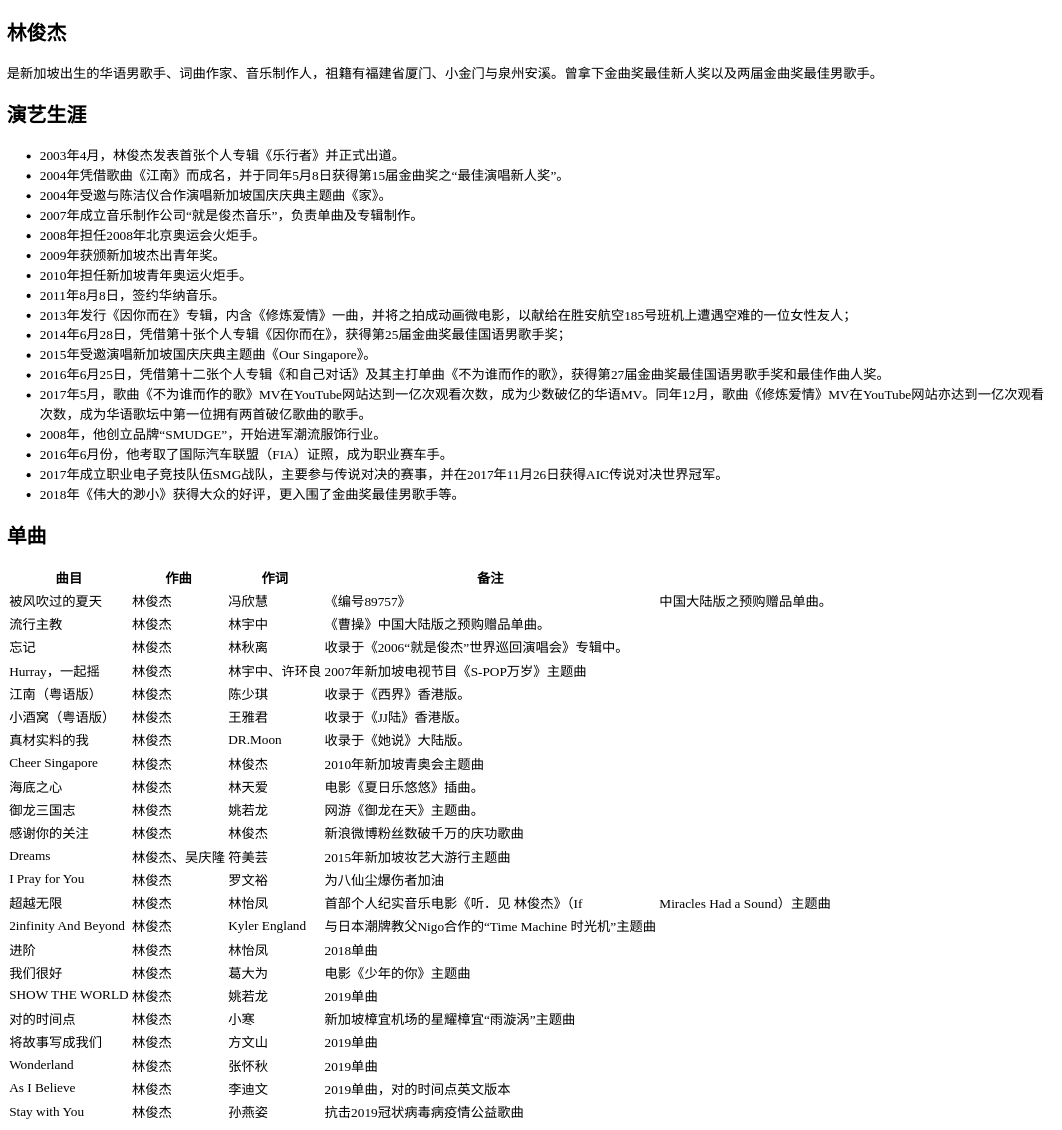
Repository: chenguocan/html_work
Page: html_work.html
The author's editor kept a copy of each file at every save. The page is drawn from the files as they stood at one save, then again after the next save.
The browser window is 1280 px wide. The pictures show the whole page, at 83% of full size.

Above is the page before, as saved 2020-06-26 10:10:34.

### html_work.html
<!DOCTYPE html>
<html lang="zh-CN">
  <head>
    <meta charset="UTF-8" />
    <meta
      name="viewport"
      content="width=device-width, initial-scale=1.0, minimum-scale=1.0, maximum-scale=1.0, user-scalable=no"
    />
    <title>Document</title>
  </head>
  <body>
    <section>
      <h1>林俊杰</h1>
      <p>
        是新加坡出生的华语男歌手、词曲作家、音乐制作人，祖籍有福建省厦门、小金门与泉州安溪。曾拿下金曲奖最佳新人奖以及两届金曲奖最佳男歌手。
      </p>
      <h2>演艺生涯</h2>
      <ul>
        <li>2003年4月，林俊杰发表首张个人专辑《乐行者》并正式出道。</li>
        <li>
          2004年凭借歌曲《江南》而成名，并于同年5月8日获得第15届金曲奖之“最佳演唱新人奖”。
        </li>
        <li>2004年受邀与陈洁仪合作演唱新加坡国庆庆典主题曲《家》。</li>
        <li>2007年成立音乐制作公司“就是俊杰音乐”，负责单曲及专辑制作。</li>
        <li>2008年担任2008年北京奥运会火炬手。</li>
        <li>2009年获颁新加坡杰出青年奖。</li>
        <li>2010年担任新加坡青年奥运火炬手。</li>
        <li>2011年8月8日，签约华纳音乐。</li>
        <li>
          2013年发行《因你而在》专辑，内含《修炼爱情》一曲，并将之拍成动画微电影，以献给在胜安航空185号班机上遭遇空难的一位女性友人；
        </li>
        <li>
          2014年6月28日，凭借第十张个人专辑《因你而在》，获得第25届金曲奖最佳国语男歌手奖；
        </li>
        <li>2015年受邀演唱新加坡国庆庆典主题曲《Our Singapore》。</li>
        <li>
          2016年6月25日，凭借第十二张个人专辑《和自己对话》及其主打单曲《不为谁而作的歌》，获得第27届金曲奖最佳国语男歌手奖和最佳作曲人奖。
        </li>
        <li>
          2017年5月，歌曲《不为谁而作的歌》MV在YouTube网站达到一亿次观看次数，成为少数破亿的华语MV。同年12月，歌曲《修炼爱情》MV在YouTube网站亦达到一亿次观看次数，成为华语歌坛中第一位拥有两首破亿歌曲的歌手。
        </li>
        <li>2008年，他创立品牌“SMUDGE”，开始进军潮流服饰行业。</li>
        <li>2016年6月份，他考取了国际汽车联盟（FIA）证照，成为职业赛车手。</li>
        <li>
          2017年成立职业电子竞技队伍SMG战队，主要参与传说对决的赛事，并在2017年11月26日获得AIC传说对决世界冠军。
        </li>
        <li>
          2018年《伟大的渺小》获得大众的好评，更入围了金曲奖最佳男歌手等。
        </li>
      </ul>
      <h2>单曲</h2>
      <table>
        <thead>
          <tr>
            <th>曲目</th>
            <th>作曲</th>
            <th>作词</th>
            <th>备注</th>
          </tr>
        </thead>
        <tbody>
          <tr>
            <td>被风吹过的夏天</td>
            <td>林俊杰</td>
            <td>冯欣慧</td>
            <td>《编号89757》</td>
            <td>中国大陆版之预购赠品单曲。</td>
          </tr>
          <tr>
            <td>流行主教</td>
            <td>林俊杰</td>
            <td>林宇中</td>
            <td>《曹操》中国大陆版之预购赠品单曲。</td>
          </tr>

          <tr>
            <td>忘记</td>
            <td>林俊杰</td>
            <td>林秋离</td>
            <td>收录于《2006“就是俊杰”世界巡回演唱会》专辑中。</td>
          </tr>
          <tr>
            <td>Hurray，一起摇</td>
            <td>林俊杰</td>
            <td>林宇中、许环良</td>
            <td>2007年新加坡电视节目《S-POP万岁》主题曲</td>
          </tr>
          <tr>
            <td>江南（粤语版）</td>
            <td>林俊杰</td>
            <td>陈少琪</td>
            <td>收录于《西界》香港版。</td>
          </tr>
          <tr>
            <td>小酒窝（粤语版）</td>
            <td>林俊杰</td>
            <td>王雅君</td>
            <td>收录于《JJ陆》香港版。</td>
          </tr>
          <tr>
            <td>真材实料的我</td>
            <td>林俊杰</td>
            <td>DR.Moon</td>
            <td>收录于《她说》大陆版。</td>
          </tr>
          <tr>
            <td>Cheer Singapore</td>
            <td>林俊杰</td>
            <td>林俊杰</td>
            <td>2010年新加坡青奥会主题曲</td>
          </tr>
          <tr>
            <td>海底之心</td>
            <td>林俊杰</td>
            <td>林天爱</td>
            <td>电影《夏日乐悠悠》插曲。</td>
          </tr>
          <tr>
            <td>御龙三国志</td>
            <td>林俊杰</td>
            <td>姚若龙</td>
            <td>网游《御龙在天》主题曲。</td>
          </tr>
          <tr>
            <td>感谢你的关注</td>
            <td>林俊杰</td>
            <td>林俊杰</td>
            <td>新浪微博粉丝数破千万的庆功歌曲</td>
          </tr>
          <tr>
            <td>Dreams</td>
            <td>林俊杰、吴庆隆</td>
            <td>符美芸</td>
            <td>2015年新加坡妆艺大游行主题曲</td>
          </tr>
          <tr>
            <td>I Pray for You</td>
            <td>林俊杰</td>
            <td>罗文裕</td>
            <td>为八仙尘爆伤者加油</td>
          </tr>
          <tr>
            <td>超越无限</td>
            <td>林俊杰</td>
            <td>林怡凤</td>
            <td>首部个人纪实音乐电影《听．见 林俊杰》（If</td>
            <td>Miracles Had a Sound）主题曲</td>
          </tr>
          <tr>
            <td>2infinity And Beyond</td>
            <td>林俊杰</td>
            <td>Kyler England</td>
            <td>与日本潮牌教父Nigo合作的“Time Machine 时光机”主题曲</td>
          </tr>
          <tr>
            <td>进阶</td>
            <td>林俊杰</td>
            <td>林怡凤</td>
            <td>2018单曲</td>
          </tr>
          <tr>
            <td>我们很好</td>
            <td>林俊杰</td>
            <td>葛大为</td>
            <td>电影《少年的你》主题曲</td>
          </tr>
          <tr>
            <td>SHOW THE WORLD</td>
            <td>林俊杰</td>
            <td>姚若龙</td>
            <td>2019单曲</td>
          </tr>
          <tr>
            <td>对的时间点</td>
            <td>林俊杰</td>
            <td>小寒</td>
            <td>新加坡樟宜机场的星耀樟宜“雨漩涡”主题曲</td>
          </tr>
          <tr>
            <td>将故事写成我们</td>
            <td>林俊杰</td>
            <td>方文山</td>
            <td>2019单曲</td>
          </tr>
          <tr>
            <td>Wonderland</td>
            <td>林俊杰</td>
            <td>张怀秋</td>
            <td>2019单曲</td>
          </tr>
          <tr>
            <td>As I Believe</td>
            <td>林俊杰</td>
            <td>李迪文</td>
            <td>2019单曲，对的时间点英文版本</td>
          </tr>
          <tr>
            <td>Stay with You</td>
            <td>林俊杰</td>
            <td>孙燕姿</td>
            <td>抗击2019冠状病毒病疫情公益歌曲</td>
          </tr>
        </tbody>
      </table>
    </section>
  </body>
</html>

After the next save:
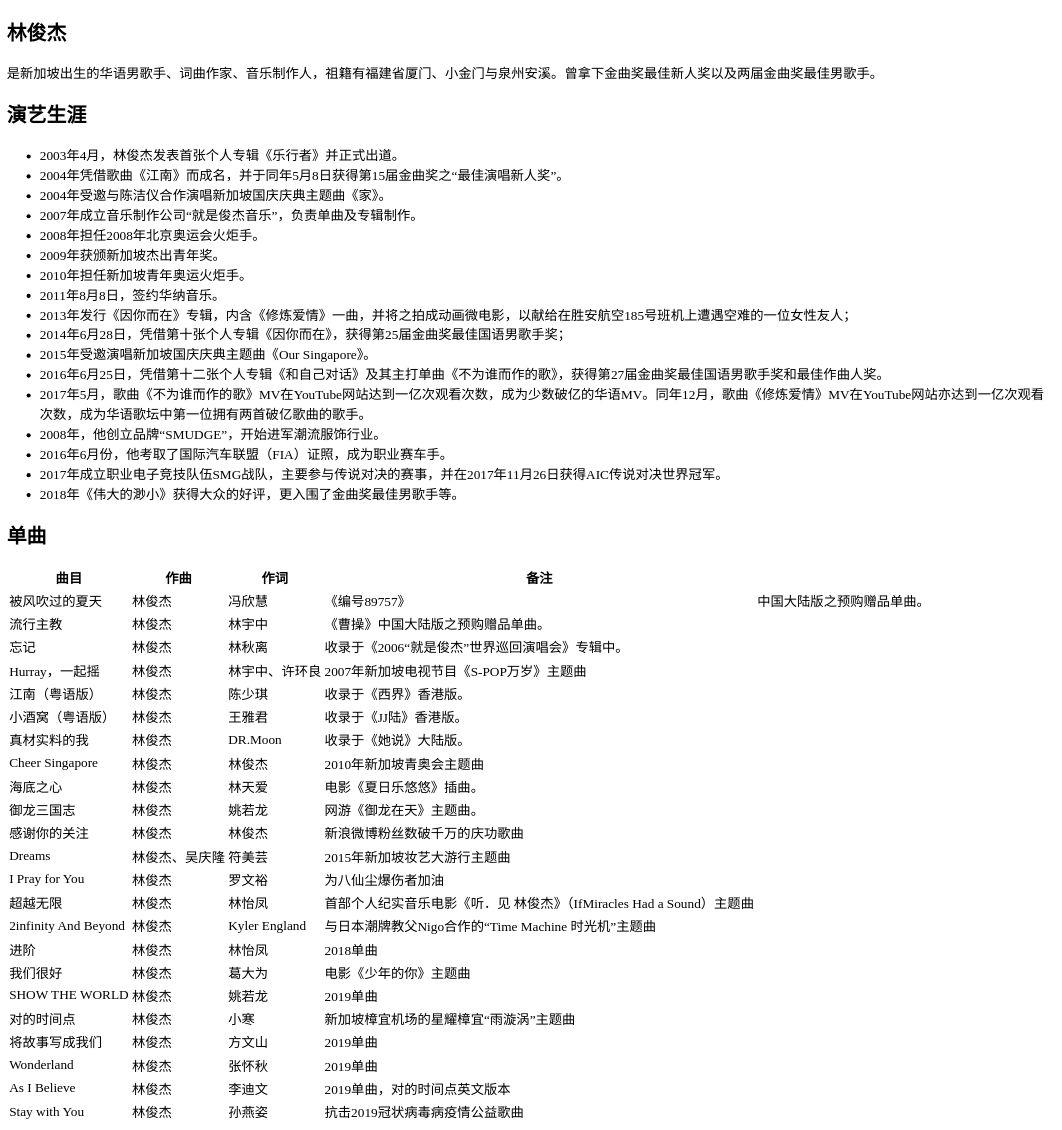
Saved 31 s later.
--- a/html_work.html
+++ b/html_work.html
@@ -143,8 +143,10 @@
             <td>超越无限</td>
             <td>林俊杰</td>
             <td>林怡凤</td>
-            <td>首部个人纪实音乐电影《听．见 林俊杰》（If</td>
-            <td>Miracles Had a Sound）主题曲</td>
+            <td>
+              首部个人纪实音乐电影《听．见 林俊杰》（IfMiracles Had a
+              Sound）主题曲
+            </td>
           </tr>
           <tr>
             <td>2infinity And Beyond</td>
